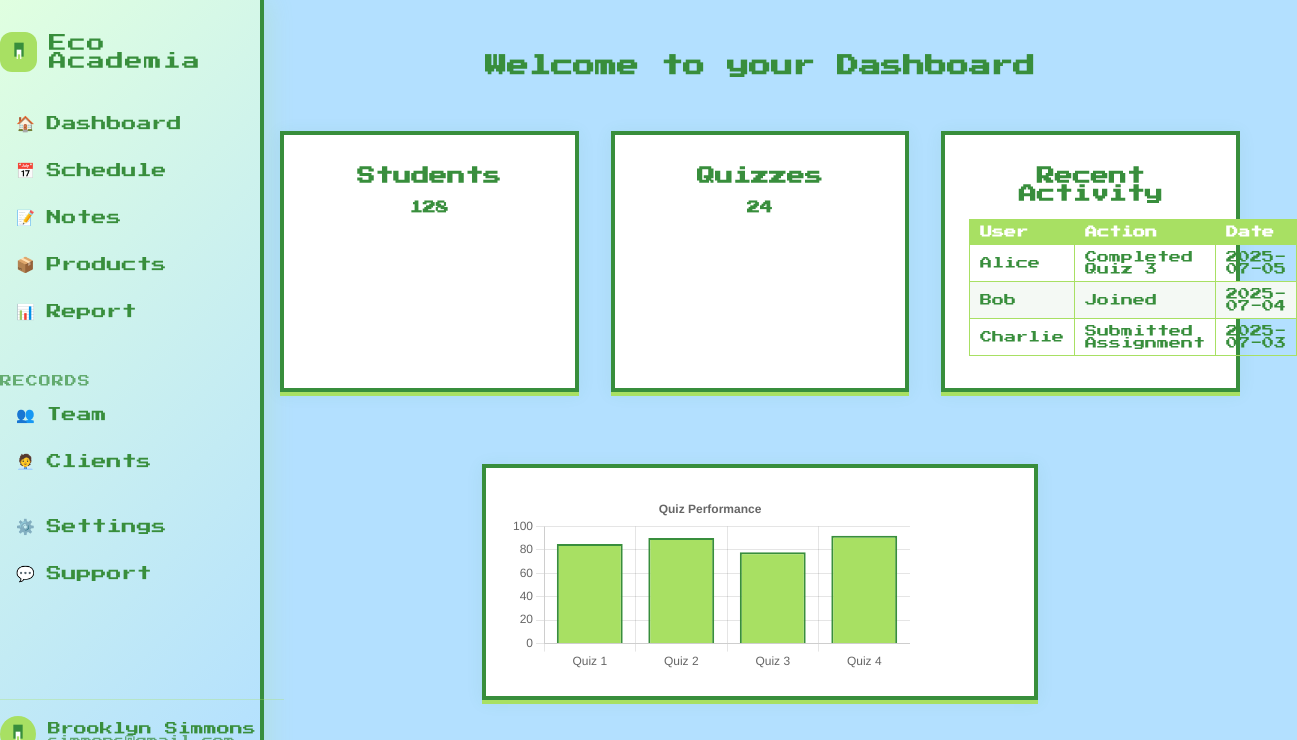
Repository: hotaruhshs/eco-academia
Page: admin/dashboard.html
These files come from the project's save history. The page is drawn as it stood at one moment and after the next save; the edit follows.
The browser window is 1280 px wide. The page is 1297 px wide, so the pictures cover 1297 px, including what lies to the right of the window. The pictures show the whole page.

Above is the page before, as saved 2025-07-06 01:54:46.

### admin/dashboard.html
<!DOCTYPE html>
<html lang="en">
  <head>
    <meta charset="UTF-8" />
    <meta name="viewport" content="width=device-width, initial-scale=1.0" />
    <title>Eco Academia Dashboard</title>
    <link rel="stylesheet" href="css/dashboard.css" />
    <link
      href="https://fonts.googleapis.com/css2?family=Press+Start+2P&display=swap"
      rel="stylesheet"
    />
  </head>
  <body>
    <div class="sidebar">
      <div class="sidebar-header">
        <div class="sidebar-logo">
          <img
            src="images/leaf.svg"
            alt="Logo"
            width="28"
            height="28"
            style="image-rendering: pixelated"
          />
        </div>
        <span class="sidebar-title">Eco Academia</span>
      </div>
      <div class="sidebar-section">
        <ul>
          <li>
            <a href="#"><span>🏠</span> Dashboard</a>
          </li>
          <li>
            <a href="#"><span>📅</span> Schedule</a>
          </li>
          <li>
            <a href="#"><span>📝</span> Notes</a>
          </li>
          <li>
            <a href="#"><span>📦</span> Products</a>
          </li>
          <li>
            <a href="#"><span>📊</span> Report</a>
          </li>
        </ul>
      </div>
      <div class="sidebar-section">
        <div class="sidebar-section-title">RECORDS</div>
        <ul>
          <li>
            <a href="#"><span>👥</span> Team</a>
          </li>
          <li>
            <a href="#"><span>🧑‍💼</span> Clients</a>
          </li>
        </ul>
      </div>
      <div class="sidebar-section">
        <ul>
          <li>
            <a href="#"><span>⚙️</span> Settings</a>
          </li>
          <li>
            <a href="#"><span>💬</span> Support</a>
          </li>
        </ul>
      </div>
      <div class="sidebar-profile">
        <div class="sidebar-profile-img">
          <img
            src="images/leaf.svg"
            alt="Profile"
            width="28"
            height="28"
            style="image-rendering: pixelated"
          />
        </div>
        <div class="sidebar-profile-info">
          <span class="sidebar-profile-name">Brooklyn Simmons</span>
          <span class="sidebar-profile-email">simmons@gmail.com</span>
        </div>
      </div>
    </div>
    <div class="main-content">
      <h1>Welcome to your Dashboard</h1>
      <div class="metrics-cards">
        <div class="card metric-card">
          <h3>Students</h3>
          <p class="metric-value">128</p>
        </div>
        <div class="card metric-card">
          <h3>Quizzes</h3>
          <p class="metric-value">24</p>
        </div>
        <div class="card metric-card">
          <h3>Recent Activity</h3>
          <table class="activity-table">
            <thead>
              <tr>
                <th>User</th>
                <th>Action</th>
                <th>Date</th>
              </tr>
            </thead>
            <tbody>
              <tr>
                <td>Alice</td>
                <td>Completed Quiz 3</td>
                <td>2025-07-05</td>
              </tr>
              <tr>
                <td>Bob</td>
                <td>Joined</td>
                <td>2025-07-04</td>
              </tr>
              <tr>
                <td>Charlie</td>
                <td>Submitted Assignment</td>
                <td>2025-07-03</td>
              </tr>
            </tbody>
          </table>
        </div>
      </div>
      <div class="charts-section">
        <canvas id="progressChart" width="400" height="180"></canvas>
      </div>
    </div>
    <script src="js/dashboard.js"></script>
  </body>
</html>

### admin/css/dashboard.css
body {
  margin: 0;
  font-family: "Press Start 2P", "Segoe UI", Tahoma, Geneva, Verdana, sans-serif;
  background: #b3e0ff;
  color: #23272e;
  min-height: 100vh;
  /* Remove flex layout from body to allow normal block flow */
}

body::before,
body::after {
  display: none;
}
@import url("https://fonts.googleapis.com/css2?family=Press+Start+2P&display=swap");

.sidebar {
  position: fixed;
  left: 0;
  top: 0;
  width: 260px;
  height: 100%;
  background: linear-gradient(135deg, #e0ffe0 0%, #b3e0ff 100%);
  color: #388e3c;
  padding: 32px 0 16px 0;
  box-shadow: 4px 0 24px #a8e06333;
  border-right: 4px solid #388e3c;
  display: flex;
  flex-direction: column;
  align-items: center;
  transition: background 0.3s;
}
.sidebar-header {
  display: flex;
  align-items: center;
  gap: 12px;
  margin-bottom: 32px;
}
.sidebar-logo {
  width: 40px;
  height: 40px;
  background: #a8e063;
  border-radius: 12px;
  display: flex;
  align-items: center;
  justify-content: center;
}
.sidebar-title {
  font-family: "Press Start 2P", cursive;
  font-size: 18px;
  color: #388e3c;
  letter-spacing: 1px;
}
.sidebar-section {
  width: 100%;
  padding: 0 24px;
  margin-bottom: 18px;
}
.sidebar-section-title {
  font-size: 12px;
  color: #388e3c;
  opacity: 0.7;
  margin: 18px 0 8px 0;
  font-family: "Press Start 2P", cursive;
  letter-spacing: 1px;
}
.sidebar ul {
  list-style: none;
  padding: 0;
  margin: 0;
  width: 100%;
}
.sidebar ul li {
  margin: 0 0 8px 0;
  transition: background 0.2s, transform 0.2s;
  border-radius: 8px;
}
.sidebar ul li a {
  color: #388e3c;
  text-decoration: none;
  font-size: 15px;
  display: flex;
  align-items: center;
  gap: 12px;
  padding: 10px 16px;
  border-radius: 8px;
  font-family: "Press Start 2P", cursive;
  background: transparent;
  transition: background 0.2s, color 0.2s;
}
.sidebar ul li a:hover,
.sidebar ul li a:focus {
  background: #a8e06333;
  color: #23272e;
  outline: none;
}
.sidebar-profile {
  margin-top: auto;
  width: 100%;
  padding: 16px 24px 0 24px;
  display: flex;
  align-items: center;
  gap: 12px;
  border-top: 1px solid #a8e06355;
}
.sidebar-profile-img {
  width: 36px;
  height: 36px;
  border-radius: 50%;
  background: #a8e063;
  display: flex;
  align-items: center;
  justify-content: center;
  overflow: hidden;
}
.sidebar-profile-info {
  display: flex;
  flex-direction: column;
}
.sidebar-profile-name {
  font-size: 13px;
  font-family: "Press Start 2P", cursive;
  color: #388e3c;
}
.sidebar-profile-email {
  font-size: 11px;
  color: #388e3c;
  opacity: 0.7;
}
.main-content {
  margin-left: 240px;
  padding: 40px;
  max-width: none;
  width: calc(100vw - 240px);
  box-sizing: border-box;
  display: flex;
  flex-direction: column;
  align-items: center;
}
.main-content h1 {
  color: #388e3c;
  font-family: "Press Start 2P", cursive;
  font-size: 22px;
  margin-bottom: 24px;
}
.cards {
  display: grid;
  grid-template-columns: repeat(3, 1fr);
  gap: 32px;
  margin-top: 30px;
  width: 100%;
}
.metrics-cards {
  display: grid;
  grid-template-columns: repeat(3, 1fr);
  gap: 32px;
  margin-top: 30px;
  margin-bottom: 32px;
  width: 100%;
}
.card {
  background: #fff;
  border-radius: 0;
  box-shadow: 0 4px 0 #a8e063, 0 2px 16px rgba(56, 142, 60, 0.08);
  padding: 32px 24px;
  border: 4px solid #388e3c;
  color: #388e3c;
  font-family: "Press Start 2P", "Segoe UI", Tahoma, Geneva, Verdana, sans-serif;
  text-align: center;
  transition: box-shadow 0.2s, border-color 0.2s;
  position: relative;
}
.card:hover {
  box-shadow: 0 8px 0 #a8e063, 0 4px 32px rgba(56, 142, 60, 0.18);
  border-color: #a8e063;
}
.card h3 {
  margin-top: 0;
  font-size: 18px;
  color: #388e3c;
  margin-bottom: 16px;
}
.card p {
  font-size: 13px;
  color: #388e3c;
}

/* Pixel-style button */
.btn-pixel {
  font-family: "Press Start 2P", cursive;
  background: #fff;
  color: #388e3c;
  border: 3px solid #388e3c;
  padding: 10px 24px;
  border-radius: 0;
  box-shadow: 2px 2px 0 #a8e063;
  cursor: pointer;
  transition: background 0.2s, color 0.2s;
  outline: 2px solid #a8e063;
  outline-offset: -6px;
  text-transform: uppercase;
  letter-spacing: 1px;
}
.btn-pixel:hover {
  background: #388e3c;
  color: #fff;
  border-color: #a8e063;
  outline: 2px solid #388e3c;
}

::-webkit-scrollbar {
  width: 8px;
  background: #fff;
}
::-webkit-scrollbar-thumb {
  background: #a8e063;
}
.metric-card {
  min-width: 180px;
}
.metric-value {
  font-size: 32px;
  font-weight: bold;
  color: #23272e;
  margin: 16px 0 0 0;
}
.activity-table {
  width: 100%;
  border-collapse: collapse;
  margin-top: 10px;
  font-size: 12px;
}
.activity-table th,
.activity-table td {
  border: 1px solid #a8e063;
  padding: 6px 10px;
  text-align: left;
}
.activity-table th {
  background: #a8e063;
  color: #fff;
}
.activity-table tr:nth-child(even) {
  background: #f4f9f4;
}
.charts-section {
  margin-top: 40px;
  background: #fff;
  border: 4px solid #388e3c;
  box-shadow: 0 4px 0 #a8e063, 0 2px 16px rgba(56, 142, 60, 0.08);
  padding: 24px;
  border-radius: 0;
  max-width: 500px;
  width: 100%;
  margin-left: auto;
  margin-right: auto;
}

/* Hamburger menu styles */
.hamburger {
  display: none;
  flex-direction: column;
  justify-content: center;
  align-items: center;
  width: 40px;
  height: 40px;
  cursor: pointer;
  margin-left: 10px;
  z-index: 1100;
}
.hamburger span {
  display: block;
  width: 28px;
  height: 4px;
  margin: 4px 0;
  background: #388e3c;
  border-radius: 2px;
  box-shadow: 0 1px 2px #a8e06388;
  transition: 0.3s;
}

@media (max-width: 1200px) {
  .main-content {
    padding: 20px;
    max-width: 100vw;
  }
  .metrics-cards,
  .cards {
    max-width: 100vw;
    grid-template-columns: repeat(2, 1fr);
  }
  .charts-section {
    max-width: 100vw;
  }
}
@media (max-width: 1100px) {
  .metrics-cards,
  .cards {
    grid-template-columns: repeat(2, 1fr);
  }
}
@media (max-width: 900px) {
  .sidebar {
    width: 100vw;
    height: auto;
    flex-direction: row;
    align-items: flex-start;
    padding: 0 10px;
    border-right: none;
    border-bottom: 4px solid #388e3c;
    box-shadow: 0 4px 24px #a8e06333;
  }
  .sidebar-section,
  .sidebar-profile {
    display: none;
  }
  .sidebar-header {
    margin-bottom: 0;
  }
}

### admin/js/dashboard.js
// dashboard.js
// Add interactivity here if needed
console.log('Dashboard loaded');

// Chart.js sample bar chart for progress
window.addEventListener('DOMContentLoaded', function () {
  // Hamburger menu functionality
  const hamburger = document.getElementById('hamburgerMenu');
  const sidebarLinks = document.getElementById('sidebarLinks');
  if (hamburger && sidebarLinks) {
    hamburger.addEventListener('click', function () {
      sidebarLinks.classList.toggle('active');
    });
    hamburger.addEventListener('keydown', function(e) {
      if (e.key === 'Enter' || e.key === ' ') {
        e.preventDefault();
        sidebarLinks.classList.toggle('active');
      }
    });
  }

  if (document.getElementById('progressChart')) {
    const ctx = document.getElementById('progressChart').getContext('2d');
    // Load Chart.js from CDN if not present
    if (typeof Chart === 'undefined') {
      const script = document.createElement('script');
      script.src = 'https://cdn.jsdelivr.net/npm/chart.js';
      script.onload = () => renderChart(ctx);
      document.head.appendChild(script);
    } else {
      renderChart(ctx);
    }
  }
});

function renderChart(ctx) {
  new Chart(ctx, {
    type: 'bar',
    data: {
      labels: ['Quiz 1', 'Quiz 2', 'Quiz 3', 'Quiz 4'],
      datasets: [{
        label: 'Average Score',
        data: [85, 90, 78, 92],
        backgroundColor: '#a8e063',
        borderColor: '#388e3c',
        borderWidth: 2
      }]
    },
    options: {
      responsive: false,
      plugins: {
        legend: { display: false },
        title: { display: true, text: 'Quiz Performance' }
      },
      scales: {
        y: { beginAtZero: true, max: 100 }
      }
    }
  });
}

After the next save:
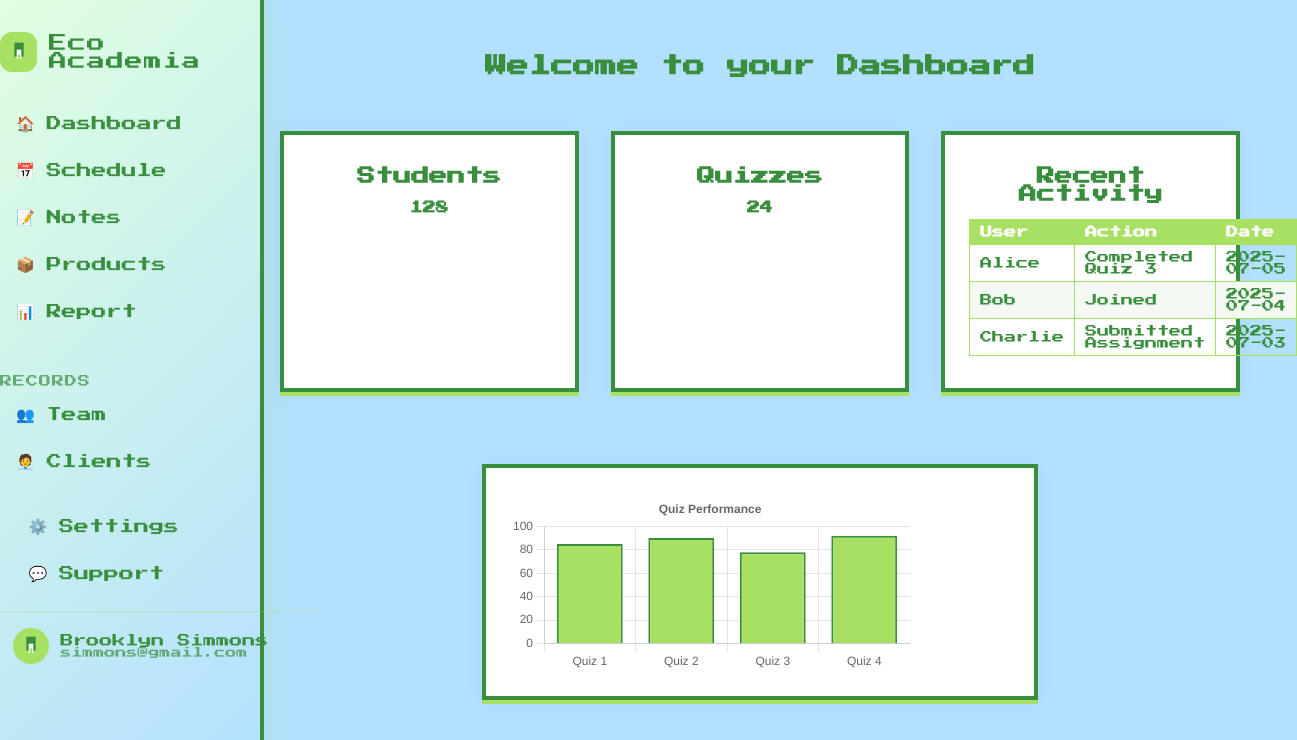
Saved 69 s later.
--- a/admin/dashboard.html
+++ b/admin/dashboard.html
@@ -54,29 +54,31 @@
           </li>
         </ul>
       </div>
-      <div class="sidebar-section">
-        <ul>
-          <li>
-            <a href="#"><span>⚙️</span> Settings</a>
-          </li>
-          <li>
-            <a href="#"><span>💬</span> Support</a>
-          </li>
-        </ul>
-      </div>
-      <div class="sidebar-profile">
-        <div class="sidebar-profile-img">
-          <img
-            src="images/leaf.svg"
-            alt="Profile"
-            width="28"
-            height="28"
-            style="image-rendering: pixelated"
-          />
+      <div class="sidebar-bottom">
+        <div class="sidebar-section">
+          <ul>
+            <li>
+              <a href="#"><span>⚙️</span> Settings</a>
+            </li>
+            <li>
+              <a href="#"><span>💬</span> Support</a>
+            </li>
+          </ul>
         </div>
-        <div class="sidebar-profile-info">
-          <span class="sidebar-profile-name">Brooklyn Simmons</span>
-          <span class="sidebar-profile-email">simmons@gmail.com</span>
+        <div class="sidebar-profile">
+          <div class="sidebar-profile-img">
+            <img
+              src="images/leaf.svg"
+              alt="Profile"
+              width="28"
+              height="28"
+              style="image-rendering: pixelated"
+            />
+          </div>
+          <div class="sidebar-profile-info">
+            <span class="sidebar-profile-name">Brooklyn Simmons</span>
+            <span class="sidebar-profile-email">simmons@gmail.com</span>
+          </div>
         </div>
       </div>
     </div>
